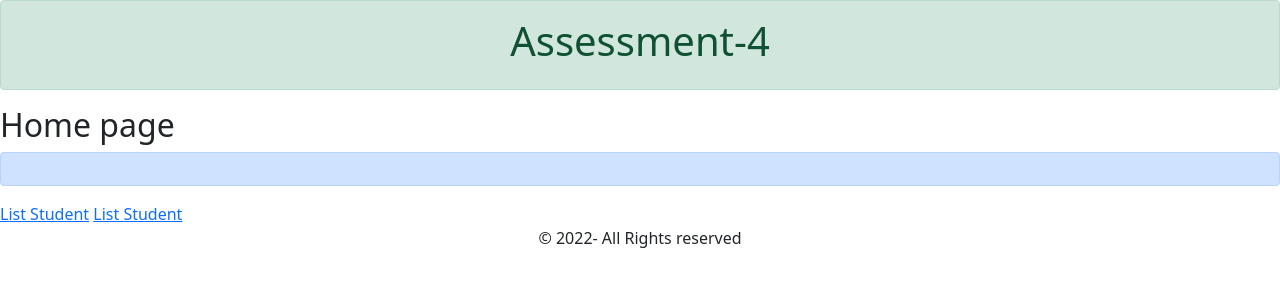
Repository: techpreet/gurwork
Page: http://localhost/student-app/
The author's editor kept a copy of each file at every save. The page is drawn from the files as they stood at one save, then again after the next save.
The browser window is 1280 px wide. The pictures show the whole page.
The page is served by Tomcat 9.

Above is the page before, as saved 2022-02-15 15:17:36.

After the next save:
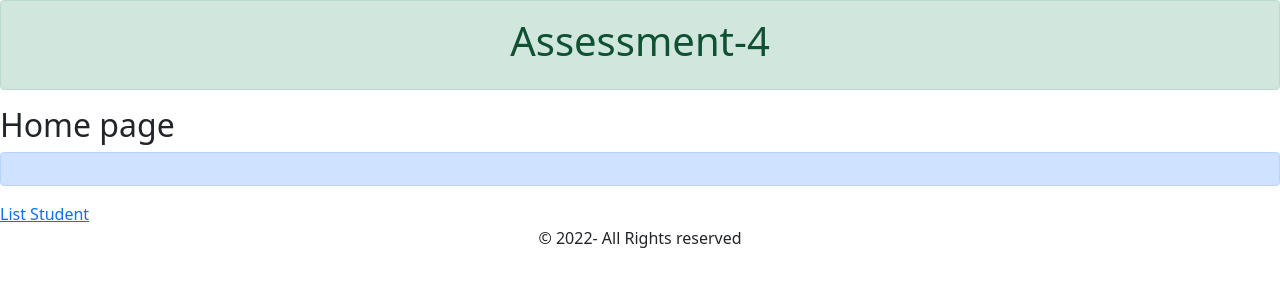
Saved 104 s later.
--- a/workspace/student-app/src/main/webapp/WEB-INF/pages/home.jsp
+++ b/workspace/student-app/src/main/webapp/WEB-INF/pages/home.jsp
@@ -6,7 +6,7 @@
 	</div>
 
 	<a href="all-student">List Student</a>
-	<a href="all-student2">List Student</a>
+<!-- 	<a href="all-student2">List Student</a>	 -->
 
 
 <%@ include file="./footer.jspf" %>
